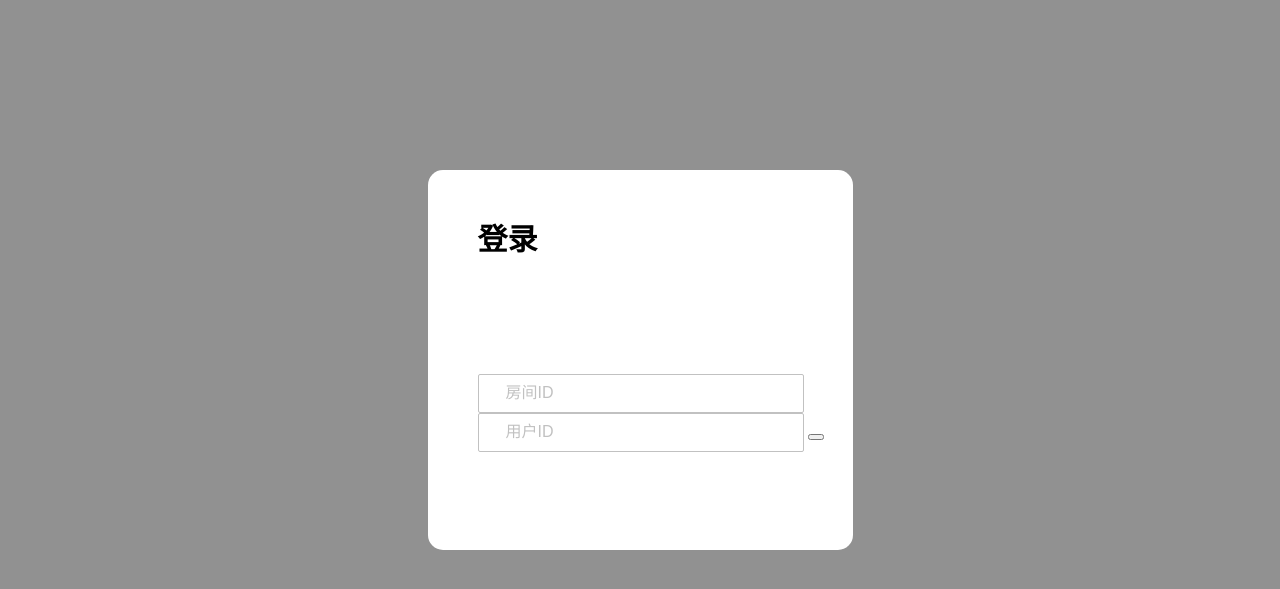
Repository: sjtu-course/homework
Page: GongZening/Week2/Web/LoginPage.html
An editor plug-in stored every save of this project. The page is shown before and after the next save, followed by the edit.
The browser window is 1280 px wide. The pictures show the whole page.

Above is the page before, as saved 2020-11-07 17:11:41.

### GongZening/Week2/Web/LoginPage.html
<!DOCTYPE html>
<html>
    <head>
        <meta charset="utf-8">
        <title>LoginPage</title>
        <style>
            input::-webkit-input-placeholder{
                color:#c1c1c1;
                font-size: 16px;
                padding-left: 25px;
            }
        </style>
        <link rel="stylesheet" type="text/css" href="css/Round_Rect.css" />
        <link rel="stylesheet" type="text/css" href="css/login.css" />
        <link rel="stylesheet" type="text/css" href="css/Edit_Text.css" />
    </head>

    <body style="background-color: #919191;">
        <div id="round_rect">
            <h6 id="login">登录</h6>
            <input type="text" class="edit_text" placeholder="房间ID" style="margin-top: 45px;">
            <input type="text" class="edit_text" placeholder="用户ID" >
            <button ></button>
        </div>
    </body>
</html>

### GongZening/Week2/Web/css/Round_Rect.css
@charset "utf-8";
#round_rect{
	width: 425px;
	height: 380px;
	background-color: white;
	/* 圆角大小 */
	border-radius: 15px;
	/* 位置居中 */
	position: absolute;
	margin: auto;
	top: 0;
	right: 0;
	left: 0;
	bottom: 0;
}

### GongZening/Week2/Web/css/login.css
@charset "utf-8";
#login{
    font-size: 30px;
    color: black;
    margin-top: 45px;
    margin-left: 50px;
}

### GongZening/Week2/Web/css/Edit_Text.css
@charset "utf-8";
.edit_text{
    width: 320px;
    height: 35px;
    margin-left: 50px;
    border-radius: 2px;
    border:1px solid #c1c1c1;
    font-size: 16px;
}

After the next save:
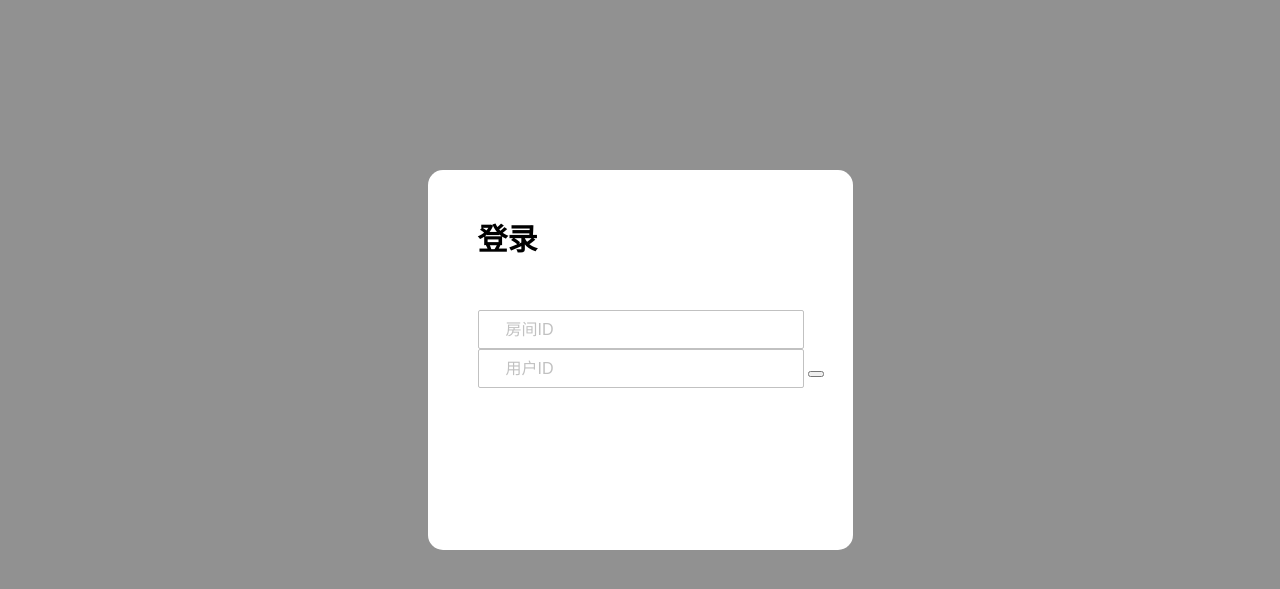
Saved 92 s later.
--- a/GongZening/Week2/Web/LoginPage.html
+++ b/GongZening/Week2/Web/LoginPage.html
@@ -17,7 +17,7 @@
 
     <body style="background-color: #919191;">
         <div id="round_rect">
-            <h6 id="login">登录</h6>
+            <h1 id="login">登录</h1>
             <input type="text" class="edit_text" placeholder="房间ID" style="margin-top: 45px;">
             <input type="text" class="edit_text" placeholder="用户ID" >
             <button ></button>
--- a/GongZening/Week2/Web/css/login.css
+++ b/GongZening/Week2/Web/css/login.css
@@ -4,4 +4,5 @@
     color: black;
     margin-top: 45px;
     margin-left: 50px;
+    height: 30px;
 }
